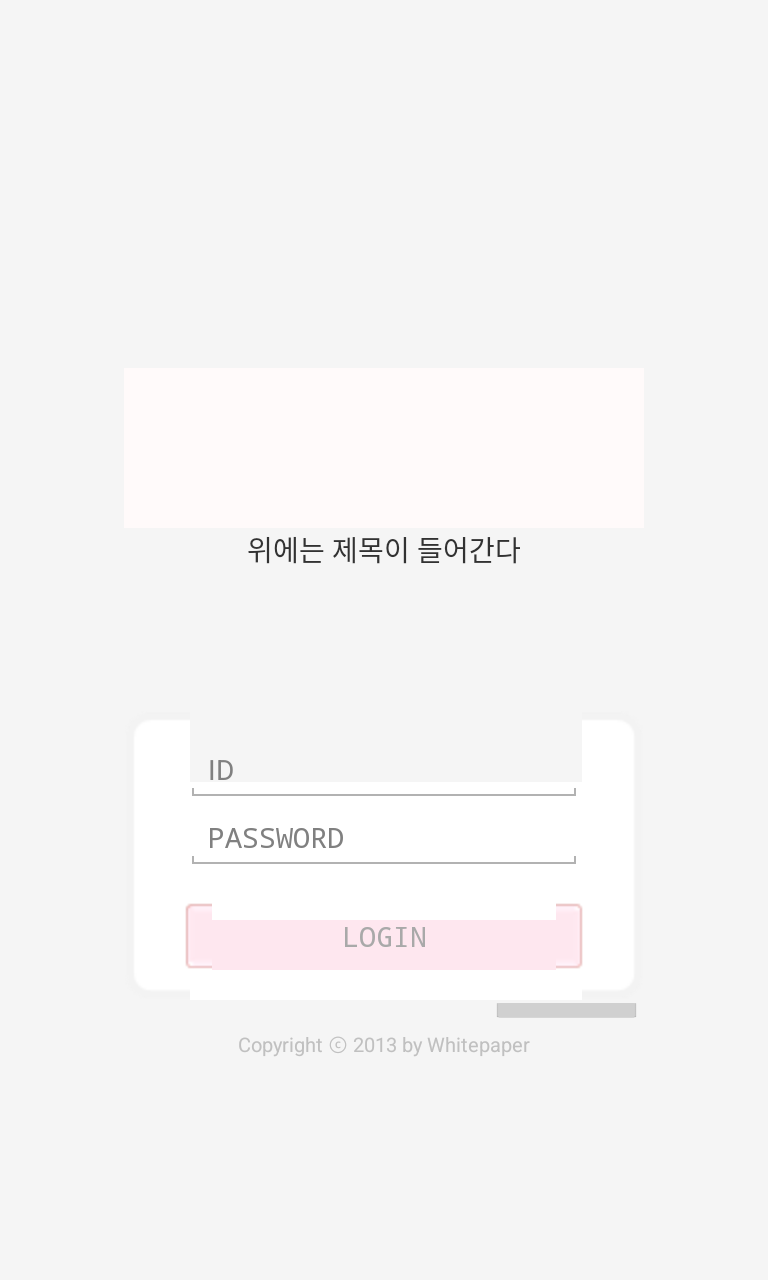
Repository: blacky512/smart_morning_call
Layout: client/SmartMorningCall/res/layout/activity_main.xml
These files come from the project's save history. The layout is drawn as it stood at one moment and after the next save; the edit follows.
It is drawn on a 768 x 1280 px phone screen (xhdpi) without system bars, with theme AppTheme; the app's code is not run.

Above is the layout before, as saved 2013-02-14 15:42:50.

### client/SmartMorningCall/res/layout/activity_main.xml
<RelativeLayout xmlns:android="http://schemas.android.com/apk/res/android"
    xmlns:tools="http://schemas.android.com/tools"
    android:id="@+id/RelativeLayout1"
    android:layout_width="match_parent"
    android:layout_height="match_parent"
    android:background="#f5f5f5"
    tools:context=".MainActivity" >

    <RelativeLayout
        android:id="@+id/mainRL"
        android:layout_width="260dp"
        android:layout_height="360dp"
        android:layout_centerHorizontal="true"
        android:layout_centerVertical="true" >

        <RelativeLayout
            android:id="@+id/RelativeLayout2"
            android:layout_width="match_parent"
            android:layout_height="match_parent"
            android:layout_centerHorizontal="true"
            android:layout_centerVertical="true"
            android:gravity="bottom"
            android:orientation="vertical" >

            <FrameLayout
                android:id="@+id/titleFrame"
                android:layout_width="match_parent"
                android:layout_height="80dp"
                android:layout_alignParentTop="true"
                android:layout_centerHorizontal="true"
                android:layout_gravity="center_horizontal"
                android:background="#fffafa" >
            </FrameLayout>

            <TextView
                android:id="@+id/texttitle"
                android:layout_width="wrap_content"
                android:layout_height="wrap_content"
                android:layout_below="@+id/titleFrame"
                android:layout_centerHorizontal="true"
                android:layout_gravity="center_horizontal"
                android:text="위에는 제목이 들어간다" />

            <LinearLayout
                android:id="@+id/LinearLayout1"
                android:layout_width="match_parent"
                android:layout_height="wrap_content"
                android:layout_alignParentLeft="true"
                android:layout_below="@+id/texttitle"
                android:layout_gravity="bottom"
                android:layout_marginTop="70dp"
                android:background="@drawable/te"
                android:orientation="vertical"
                android:paddingBottom="15dp"
                android:paddingLeft="30dp"
                android:paddingRight="30dp"
                android:paddingTop="15dp" >

                <LinearLayout
                    android:layout_width="match_parent"
                    android:layout_height="wrap_content" >

                    <EditText
                        android:id="@+id/editText1"
                        android:layout_width="match_parent"
                        android:layout_height="wrap_content"
                        android:layout_weight="1"
                        android:ems="10"
                        android:hint="ID"
                        android:includeFontPadding="false"
                        android:textSize="14dp" >
                    </EditText>
                </LinearLayout>

                <LinearLayout
                    android:layout_width="match_parent"
                    android:layout_height="wrap_content" >

                    <EditText
                        android:id="@+id/editText2"
                        android:layout_width="match_parent"
                        android:layout_height="wrap_content"
                        android:layout_weight="1"
                        android:ems="10"
                        android:hint="PASSWORD"
                        android:inputType="textPassword"
                        android:textSize="14dp"
                        android:typeface="monospace" >
                    </EditText>
                </LinearLayout>

                <Button
                    android:id="@+id/button1"
                    android:layout_width="match_parent"
                    android:layout_height="34dp"
                    android:layout_marginTop="15dp"
                    android:background="@drawable/bn"
                    android:padding="0dp"
                    android:text="LOGIN"
                    android:textColor="#a9a9a9"
                    android:textSize="14dp"
                    android:textStyle="normal"
                    android:typeface="monospace" />
            </LinearLayout>
        </RelativeLayout>
    </RelativeLayout>

    <RelativeLayout
        android:id="@+id/joinFrame"
        android:layout_width="260dp"
        android:layout_height="wrap_content"
        android:layout_below="@+id/mainRL"
        android:layout_centerHorizontal="true" >

        <Button
            android:id="@+id/button2"
            android:layout_width="wrap_content"
            android:layout_height="10dp"
            android:layout_alignParentRight="true"
            android:layout_alignParentTop="true"
            android:text="Button" />

    </RelativeLayout>

    <TextView
        android:id="@+id/textView1"
        android:layout_width="wrap_content"
        android:layout_height="wrap_content"
        android:layout_below="@+id/joinFrame"
        android:layout_centerHorizontal="true"
        android:layout_marginTop="5dp"
        android:text="Copyright ⓒ 2013 by Whitepaper"
        android:textColor="#c0c0c0"
        android:textSize="10dp" />

</RelativeLayout>

Loaded but not shown: client/SmartMorningCall/res/values/styles.xml (common file); client/SmartMorningCall/res/values-v11/styles.xml (common file); client/SmartMorningCall/res/values-v14/styles.xml (common file)

After the next save:
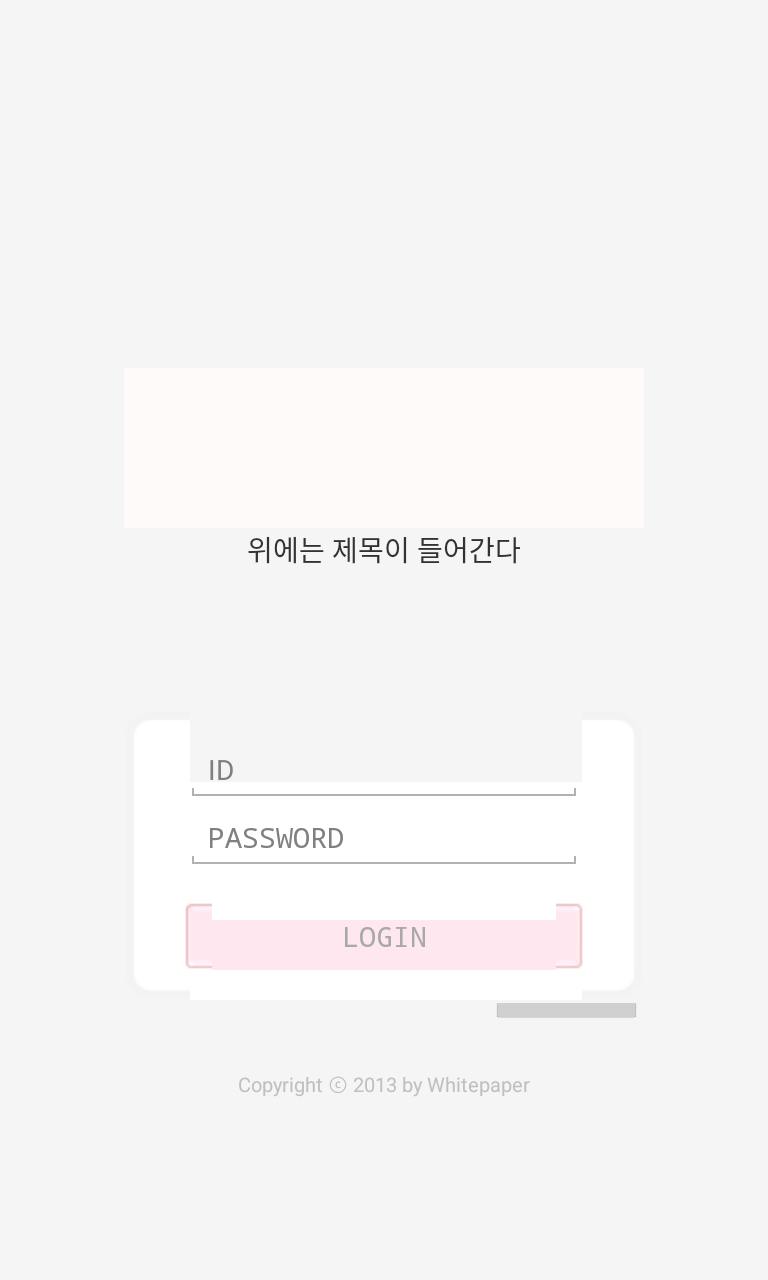
Saved 10 s later.
--- a/client/SmartMorningCall/res/layout/activity_main.xml
+++ b/client/SmartMorningCall/res/layout/activity_main.xml
@@ -108,7 +108,7 @@
     <RelativeLayout
         android:id="@+id/joinFrame"
         android:layout_width="260dp"
-        android:layout_height="wrap_content"
+        android:layout_height="30dp"
         android:layout_below="@+id/mainRL"
         android:layout_centerHorizontal="true" >
 
